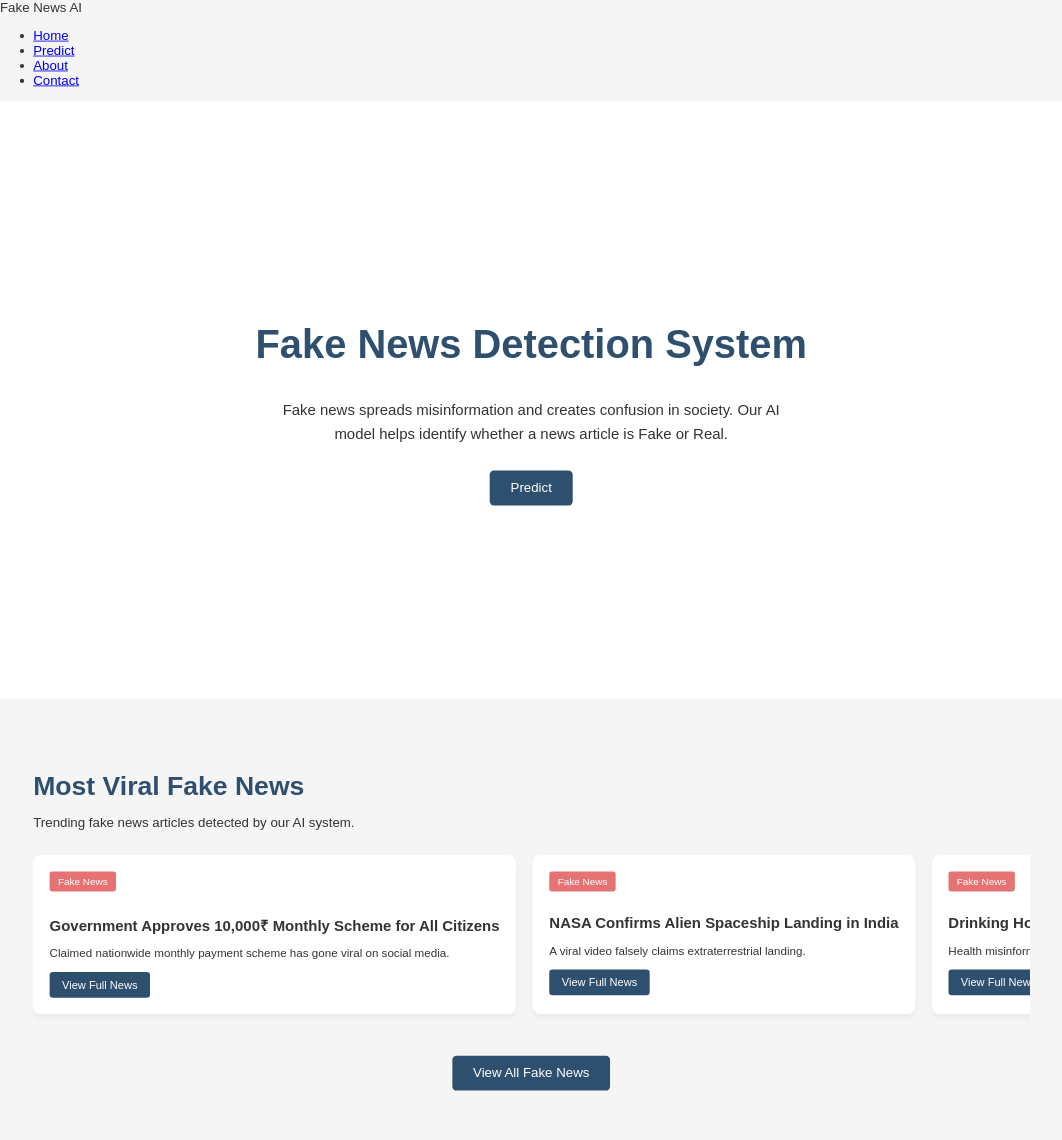
Repository: asadpathan2002-bot/Sprint1
Page: frontend/home.html
An editor plug-in stored every save of this project. The page is shown before and after the next save, followed by the edit.
The browser window is 1280 px wide. The pictures show the whole page, at 83% of full size.

Above is the page before, as saved 2026-02-22 00:39:14.

### frontend/home.html
<!DOCTYPE html>
<html lang="en">
<head>
<meta charset="UTF-8">
<meta name="viewport" content="width=device-width, initial-scale=1.0">
<title>Fake News Detection System</title>
<style>

* {
    box-sizing: border-box;
}

body {
    margin: 0;
    font-family: Arial, sans-serif;
    background-color: #F5F5F5; /* Pale Gray */
    color: #333;
}

/* Hero Section */
.hero {
    min-height: 100vh;
    background-color: #FFFFFF; /* Off White */
    display: flex;
    flex-direction: column;
    justify-content: center;
    align-items: center;
    text-align: center;
    padding: 40px 20px;
}

.hero h1 {
    font-size: 48px;
    margin-bottom: 20px;
    color: #2F4F6F; /* Dusty Blue */
}

.hero p {
    max-width: 600px;
    font-size: 18px;
    margin-bottom: 30px;
    line-height: 1.6;
}

.hero button {
    padding: 12px 25px;
    font-size: 16px;
    border: none;
    background-color: #2F4F6F;
    color: white;
    border-radius: 5px;
    cursor: pointer;
}

.hero button:hover {
    background-color: #1f3a50;
}

/* Section */
.section {
    padding: 60px 40px;
}

.section h2 {
    font-size: 32px;
    margin-bottom: 10px;
    color: #2F4F6F;
}

.section p {
    margin-bottom: 30px;
}

/* Horizontal Scroll */
.card-container {
    display: flex;
    gap: 20px;
    overflow-x: auto;
    scroll-behavior: smooth;
    padding-bottom: 10px;
}

.card-container::-webkit-scrollbar {
    display: none;
}

/* Card */
.card {
    min-width: 300px;
    background: #FFFFFF;
    border-radius: 10px;
    padding: 20px;
    box-shadow: 0 4px 8px rgba(0,0,0,0.05);
    flex-shrink: 0;
}

.tag {
    background-color: #E57373;
    color: white;
    padding: 5px 10px;
    border-radius: 3px;
    font-size: 12px;
    display: inline-block;
    margin-bottom: 10px;
}

.card h3 {
    font-size: 18px;
    margin-bottom: 10px;
}

.card p {
    font-size: 14px;
    margin-bottom: 15px;
}

.card button {
    background-color: #2F4F6F;
    color: white;
    border: none;
    padding: 8px 15px;
    border-radius: 4px;
    cursor: pointer;
}

.view-all {
    margin-top: 40px;
    text-align: center;
}

.view-all button {
    padding: 12px 25px;
    font-size: 16px;
    border: none;
    background-color: #2F4F6F;
    color: white;
    border-radius: 5px;
    cursor: pointer;
}

/* ===================== */
/* RESPONSIVE DESIGN */
/* ===================== */

/* Tablets */
@media (max-width: 1024px) {
    .hero h1 {
        font-size: 36px;
    }

    .hero p {
        font-size: 16px;
    }

    .section {
        padding: 50px 25px;
    }
}

/* Mobile */
@media (max-width: 768px) {

    .hero {
        padding: 60px 15px;
    }

    .hero h1 {
        font-size: 28px;
    }

    .hero p {
        font-size: 15px;
    }

    .section {
        padding: 40px 15px;
    }

    .section h2 {
        font-size: 24px;
    }

    .card {
        min-width: 250px;
        padding: 15px;
    }

    .card h3 {
        font-size: 16px;
    }

    .card p {
        font-size: 13px;
    }

    .hero button,
    .view-all button {
        width: 100%;
        max-width: 250px;
    }
}

/* Small Mobile */
@media (max-width: 480px) {
    .hero h1 {
        font-size: 22px;
    }

    .hero p {
        font-size: 14px;
    }

    .card {
        min-width: 220px;
    }
}

</style>
</head>

<body>

<!-- Navigation Bar -->
<nav class="navbar">
    <div class="logo">Fake News AI</div>
    <ul class="nav-links">
        <li><a href="index.html">Home</a></li>
        <li><a href="predict.html">Predict</a></li>
        <li><a href="about.html">About</a></li>
        <li><a href="contact.html">Contact</a></li>
    </ul>
</nav>

<!-- Hero Section -->
<div class="hero">
    <h1>Fake News Detection System</h1>
    <p>
        Fake news spreads misinformation and creates confusion in society.
        Our AI model helps identify whether a news article is Fake or Real.
    </p>
    <button onclick="window.location.href='predict.html'">
        Predict
    </button>
</div>

<!-- Most Viral Fake News Section -->
<div class="section">
    <h2>Most Viral Fake News</h2>
    <p>Trending fake news articles detected by our AI system.</p>

    <div class="card-container">

        <div class="card">
            <span class="tag">Fake News</span>
            <h3>Government Approves 10,000₹ Monthly Scheme for All Citizens</h3>
            <p>Claimed nationwide monthly payment scheme has gone viral on social media.</p>
            <button>View Full News</button>
        </div>

        <div class="card">
            <span class="tag">Fake News</span>
            <h3>NASA Confirms Alien Spaceship Landing in India</h3>
            <p>A viral video falsely claims extraterrestrial landing.</p>
            <button>View Full News</button>
        </div>

        <div class="card">
            <span class="tag">Fake News</span>
            <h3>Drinking Hot Water Cures All Diseases</h3>
            <p>Health misinformation spreading rapidly online.</p>
            <button>View Full News</button>
        </div>

        <div class="card">
            <span class="tag">Fake News</span>
            <h3>Bank Accounts Will Close If KYC Not Done Today</h3>
            <p>Fraud message circulating via WhatsApp groups.</p>
            <button>View Full News</button>
        </div>

        <div class="card">
            <span class="tag">Fake News</span>
            <h3>Free Laptops for All Students Announced</h3>
            <p>Fake government circular being shared online.</p>
            <button>View Full News</button>
        </div>

    </div>

    <div class="view-all">
        <button onclick="window.location.href='fake-news.html'">
            View All Fake News
        </button>
    </div>

</div>

</body>
</html>

After the next save:
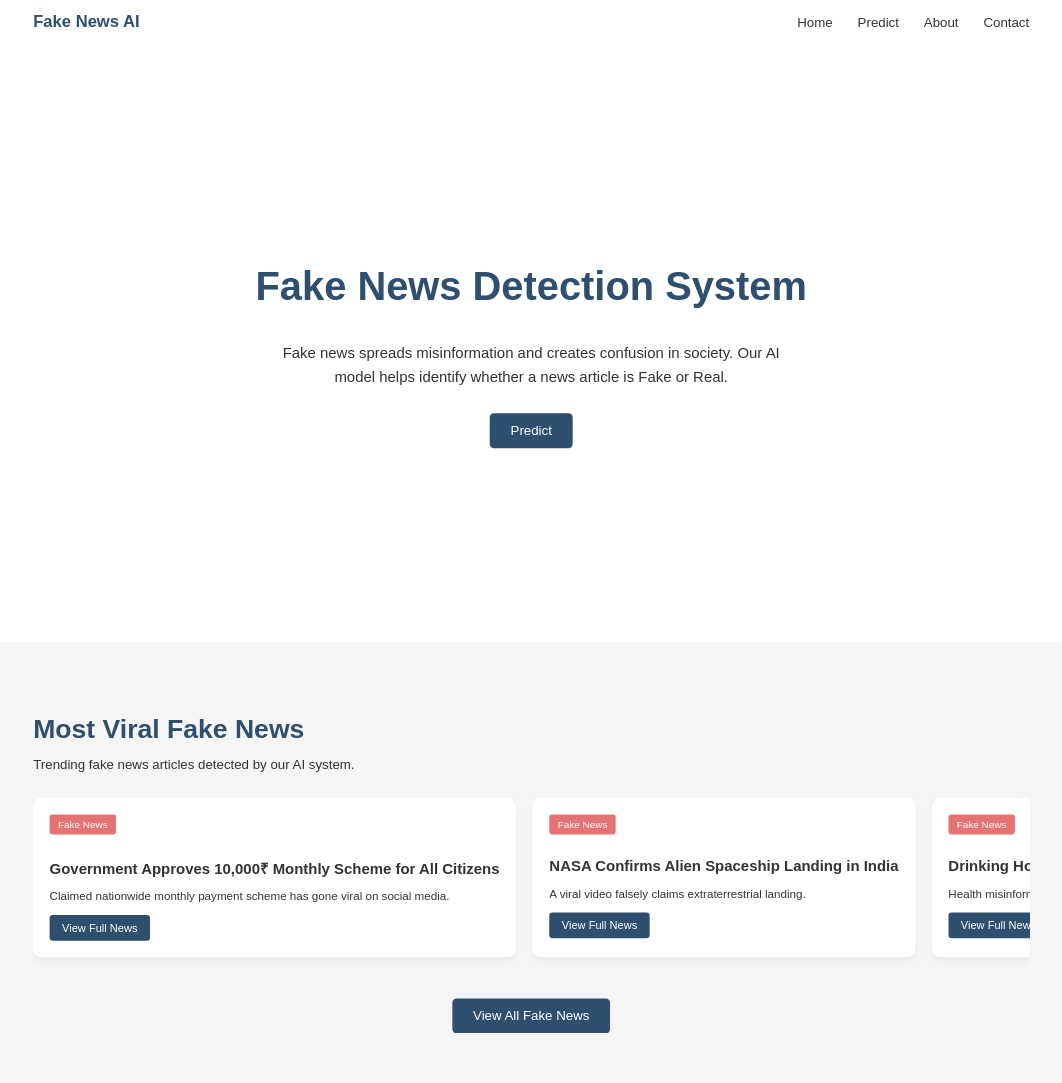
Saved 2 min 39 s later.
--- a/frontend/home.html
+++ b/frontend/home.html
@@ -5,6 +5,41 @@
 <meta name="viewport" content="width=device-width, initial-scale=1.0">
 <title>Fake News Detection System</title>
 <style>
+
+/* Navbar */
+.navbar {
+    background-color: #FFFFFF;
+    padding: 15px 40px;
+    display: flex;
+    justify-content: space-between;
+    align-items: center;
+    box-shadow: 0 2px 5px rgba(0,0,0,0.05);
+}
+
+.logo {
+    font-size: 20px;
+    font-weight: bold;
+    color: #2F4F6F;
+}
+
+.nav-links {
+    list-style: none;
+    display: flex;
+    gap: 30px;
+    margin: 0;
+    padding: 0;
+}
+
+.nav-links li a {
+    text-decoration: none;
+    color: #333;
+    font-weight: 500;
+}
+
+.nav-links li a:hover {
+    color: #2F4F6F;
+}
+
 
 * {
     box-sizing: border-box;
